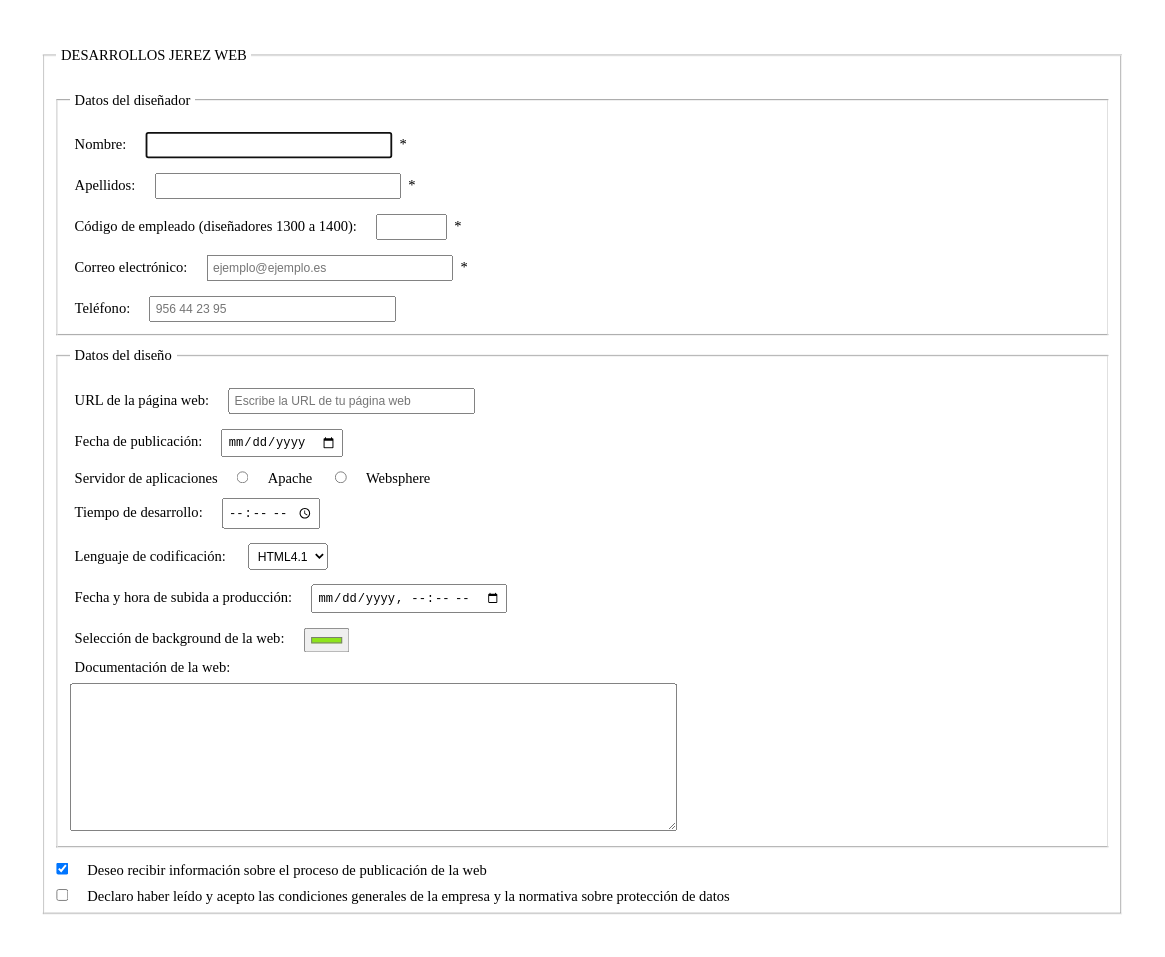
Repository: iSaan86/EV_Practica_FormularioCSS
Page: index.html
These files come from the project's save history. The page is drawn as it stood at one moment and after the next save; the edit follows.
The browser window is 1280 px wide. The pictures show the whole page, at 91% of full size.

Above is the page before, as saved 2024-01-11 17:20:55.

After the next save:
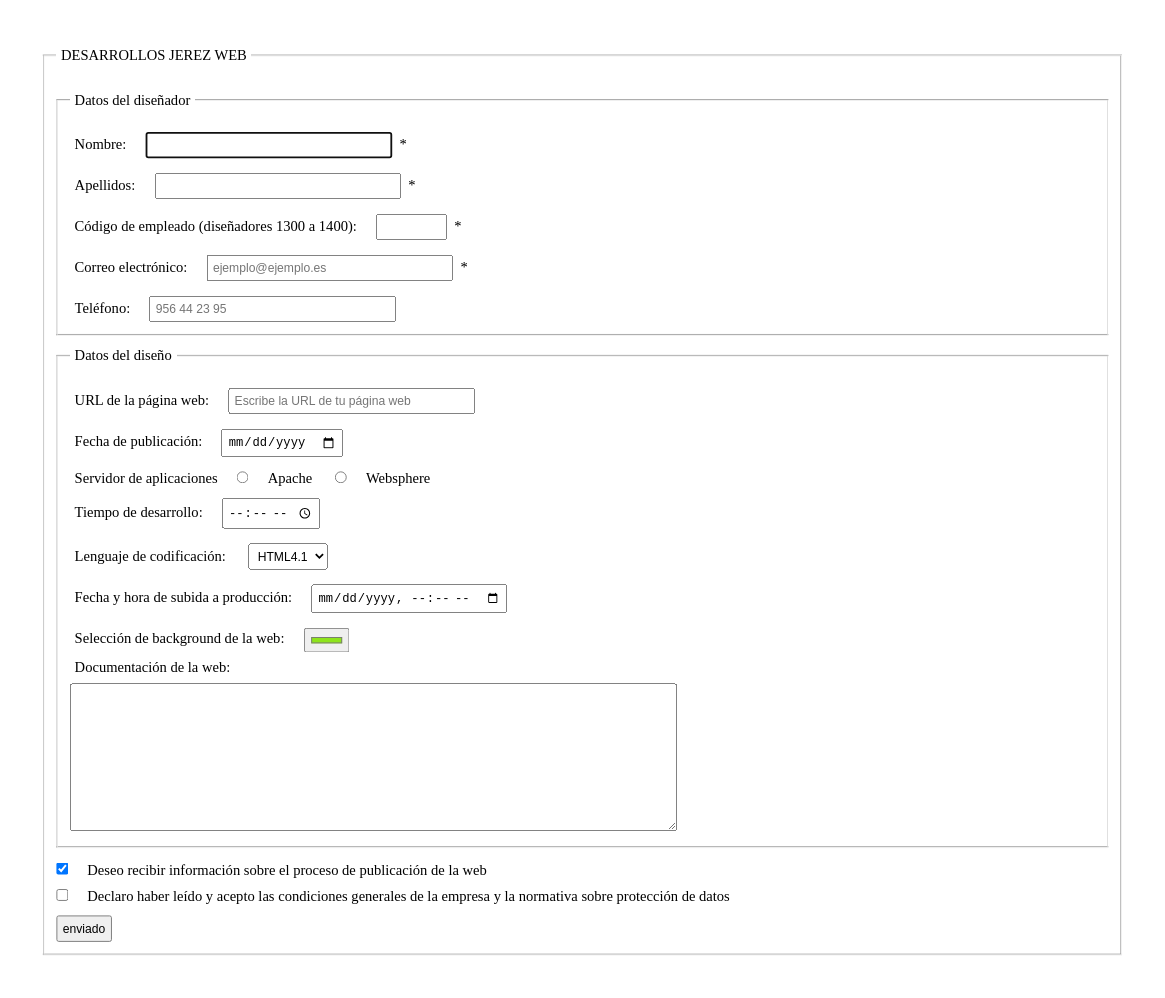
Saved 93 s later.
--- a/index.html
+++ b/index.html
@@ -43,8 +43,11 @@
                 <textarea name="areatexto" cols="80" rows="10"></textarea>
             </fieldset>
             <input type="checkbox" name="acepto1" id="acepto1" alt="Check acepto recibir información" checked><label for="acepto1">Deseo recibir información sobre el proceso de publicación de la web</label><br>
-            <input type="checkbox" name="acepto2" id="acepto2" alt="Check acepto condiciones"><label for="acepto1">Declaro haber leído y acepto las condiciones generales de la
-                empresa y la normativa sobre protección de datos</label>
+            <input type="checkbox" name="acepto2" id="acepto2" alt="Check acepto condiciones"><label for="acepto1">Declaro haber leído y acepto las condiciones generales de la empresa y la normativa sobre protección de datos</label><br>
+            <input type="submit" value="enviado" alt="enviar">
+
+
+
 
         </fieldset>
     </form>
